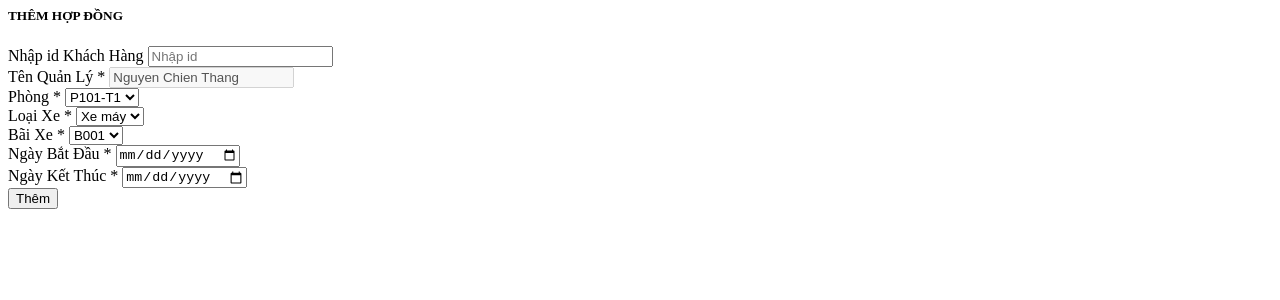
Repository: NguyenChienThangB1910143/QL_ChungCy
Page: http://localhost/hopdong/them
An editor plug-in stored every save of this project. The page is shown before and after the next save, followed by the edit.
The browser window is 1280 px wide. The pictures show the whole page.
The page is served by the project's Laravel application, run on PHP 8.4 with Laravel 10. The first stored user is signed in. The database holds what the project's SQL file puts in it. Queries for data that is not in the repository find no rows.

Above is the page before, as saved 2023-08-28 13:15:59.

After the next save:
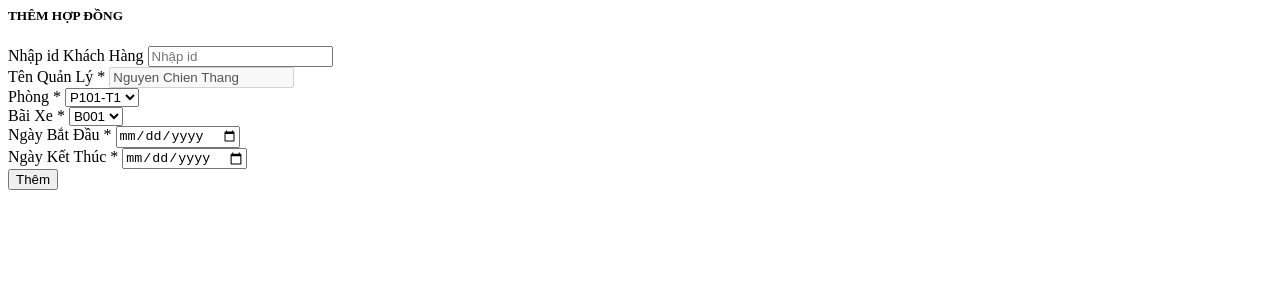
Console error: TypeError: Cannot read properties of null (reading 'addEventListener')
Saved 4 min 48 s later.
--- a/resources/views/hopdong/them.blade.php
+++ b/resources/views/hopdong/them.blade.php
@@ -32,16 +32,6 @@
                 @endforeach
             </select>
         </div>
-        <div class="mb-3 option-loaixe">
-    <label class="form-label">Loại Xe
-        <span id="colorIcon">*</span>
-    </label>
-    <select style="cursor: pointer;" class="form-control" aria-label="Default select example" id="loaixe" name="loaixe">
-        <option value="xe máy">Xe máy</option>
-        <option value="ô tô">Ô tô</option>
-    </select>
-</div>
-
 <div class="mb-3 option-baixe">
     <label class="form-label">Bãi Xe
         <span id="colorIcon">*</span>

After the save that followed:
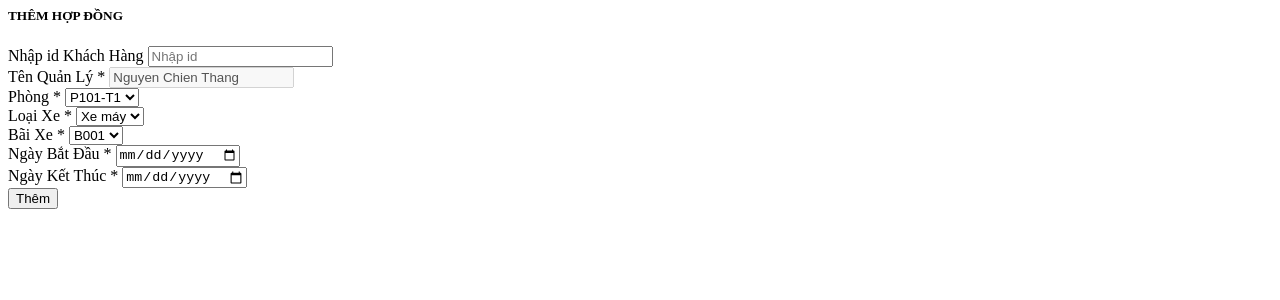
The error is gone.
Saved 4 s later.
--- a/resources/views/hopdong/them.blade.php
+++ b/resources/views/hopdong/them.blade.php
@@ -32,6 +32,16 @@
                 @endforeach
             </select>
         </div>
+        <div class="mb-3 option-loaixe">
+    <label class="form-label">Loại Xe
+        <span id="colorIcon">*</span>
+    </label>
+    <select style="cursor: pointer;" class="form-control" aria-label="Default select example" id="loaixe" name="loaixe">
+        <option value="xe máy">Xe máy</option>
+        <option value="ô tô">Ô tô</option>
+    </select>
+</div>
+
 <div class="mb-3 option-baixe">
     <label class="form-label">Bãi Xe
         <span id="colorIcon">*</span>
